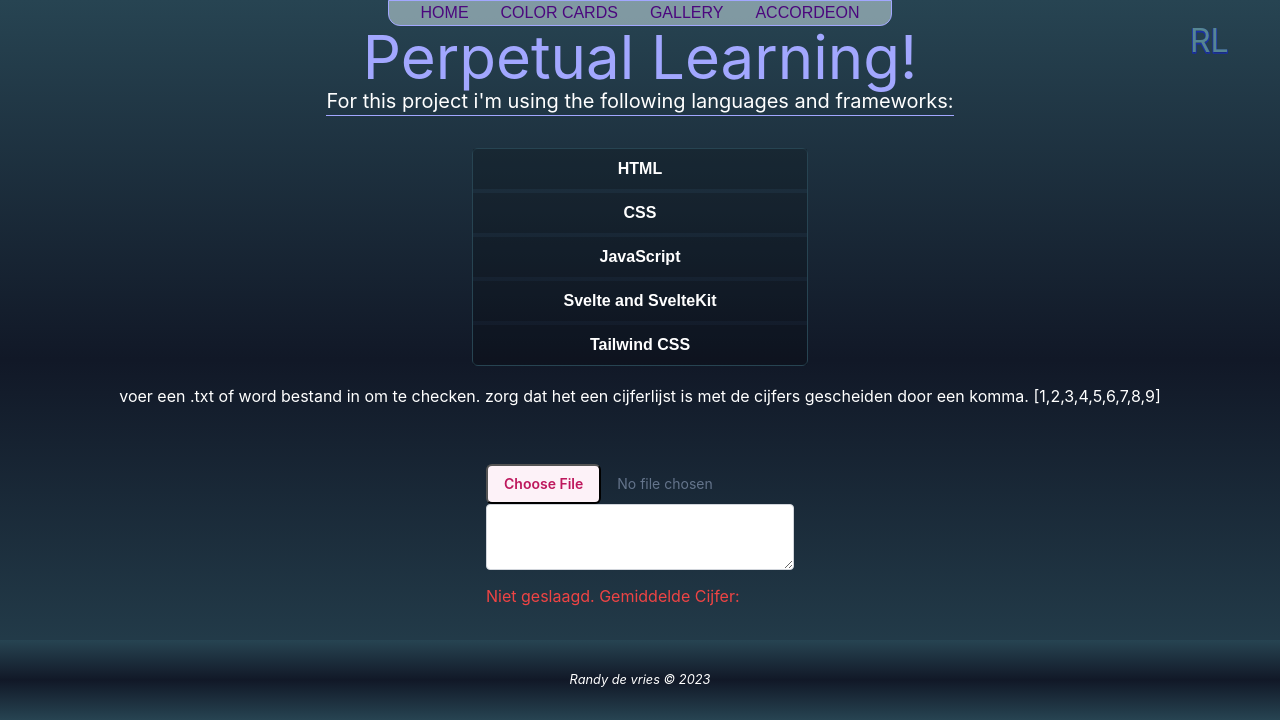
Repository: Freezler/svelte-app
Page: /links
The author's editor kept a copy of each file at every save. The page is drawn from the files as they stood at one save, then again after the next save.
The browser window is 1280 px wide. The pictures show the whole page.
The project was rebuilt for these pictures with package versions that can differ from the ones it lists, and the page was loaded fresh each time. The framework's server and built-in components were replaced by stand-ins that run in the browser. Also part of the build but not shown: svelte.config.js, vite.config.js.

Above is the page before, as saved 2023-11-12 11:41:25.

### src/app.html
<!DOCTYPE html>
<html lang="en">
	<head>
		<meta charset="utf-8" />
		<link rel="icon" href="%sveltekit.assets%/favicon.png" />
		<meta name="viewport" content="width=device-width" />
		%sveltekit.head%
		<title>SvelteKitProject</title>
	</head>
	<body data-sveltekit-preload-data="hover">
		<div style="display: contents">%sveltekit.body%</div>
	</body>
</html>

### src/routes/+layout.svelte
<script>
  import '../app.css';
  import Navbar from '../components/Navbar.svelte';
  import Footer from '../components/Footer.svelte';
</script>

<html lang="en" class="select-none scroll-smooth">
  <head>
    <!-- Add any necessary head content here -->
  </head>
  <body class=" flex flex-col h-full overflow-scroll">
    <Navbar />
    <main>
      <slot />
    </main>
    <Footer />
  </body>
</html>

### src/routes/links/+page.svelte
<script>
	import { onDestroy, onMount } from 'svelte';
	onMount(() => console.log('Mounted Links page'));
	onDestroy(() => console.log('Unmounted Links page'));
	import CijferlijstInput from '../../components/CijferlijstInput.svelte';
	import Accordion from '../../components/Accordion.svelte';

</script>

<main
	class=" z-100 flex h-screen scroll-smooth justify-center items-center w-screen flex-col bg-gradient-to-b from-astral-900 via-gray-900 to-astral-900 overflow-scroll pb-24"
>
<div class="flex flex-col w-[100%] items-center justify-center font-sans h-screen ">
	<h1 class="animate-slow-slide-down text-3xl sm:text-5xl md:text-6xl xl:8xl text-purpleone-300  ">Perpetual Learning!</h1>
	<p class="animate-slow-slide-up text-xs sm:text-[16px] md:text-xl xl:2xl text-white border-b-[1px]  border-purpleone-300 text-purpleone600">For this project i'm using the following languages and frameworks:</p>
	<Accordion />
</div>
<div class="flex flex-col w-[100%] items-center justify-center"></div>
		<CijferlijstInput />
</main>

### src/app.css
@import 'tailwindcss/base';
@import 'tailwindcss/components';
@import 'tailwindcss/utilities';

/* Your custom CSS goes here */
body {
	scroll-behavior: smooth;
}

body * {
	-moz-scrollbar-width: none;
	scrollbar-width: none;
	-ms-overflow-style: none;
}

### src/components/Navbar.svelte
<script>
	let showNav = false;

	const toggleNav = () => {
		showNav = !showNav;
		const body = document.body;

		if (showNav) {
			body.classList.add('overflow-hidden');
		} else {
			body.classList.remove('overflow-hidden');
		}
	};
</script>

<nav
	class=" fixed bottom-0 z-40 flex h-20 w-[100%] select-none items-center justify-between text-center antialiased focus:select-none md:right-0 md:top-0 md:justify-center"
>
	<a href="/" class="ml-3 flex h-16 select-none items-center focus:select-none "
		><svg
			class="flex h-20 animate-pulse md:right-0 md:absolute"
			version="1.1"
			xmlns="http://www.w3.org/2000/svg"
			width="100"
			height="100"
			viewBox="0 0 100 100"
		>
			<!-- Outline -->
			<text
				class="select-none focus:select-none shadow-xl animate-slow-slide-down "
				x="0"
				y="66"
				font-size="40"
				fill="red3"
				stroke="#12ff"
				stroke-width="2"
				stroke-linejoin="round">RL</text
			>
			<!-- Text -->
			<text class="animate-slow-slide-in" x="0" y="65" font-size="40" fill="#87ccd9">RL</text>
		</svg></a
	>

	<!-- Hamburger voorS  mobile/kleine schermen -->
	<button
		class=" mr-8 select-none text-white focus:select-none active:select-none md:hidden"
		on:click={toggleNav}
	>
		<div class="relative flex h-6 w-6 items-center">
			<span
				class={' absolute block h-[2px] w-5 origin-center bg-blueone-50 transition-transform'}
				class:rotate-45={showNav}
				class:top-2={!showNav}
			></span>
			<span
				class={'z-2000 absolute block h-[2px] w-5 origin-center bg-white blur-none transition-transform'}
				class:-rotate-45={showNav}
				class:bottom-2={!showNav}
			></span>
			<span
				class={'z-2000 absolute block h-[2px] w-5 origin-center bg-white blur-none transition-transform'}
				class:-rotate-45={showNav}
				class:bottom-2={!showNav}
			></span>
		</div>
	</button>

	<div
		class={`absolute top-0 z-50	hidden  -[80px] select-none rounded-b-xl text-purplethree-950  font-display uppercase  items-center justify-center gap-8 px-8 border-[1px] border-purpleone-300   bg-astral-100 bg-opacity-50  bg-cover bg-center    md:flex ${
			showNav ? 'hidden' : 'block'
		}`}
	>
	    <a href="/" class="hover:text-cyan-200 hover:bg-slate-500 ">Home</a>
		<a href="/blogs" class="hover:text-cyan-200 hover:bg-slate-500  ">Color Cards</a>
		<a href="/about" class="hover:text-cyan-200 hover:bg-slate-500">Gallery</a>
		<a href="/links" class="hover:text-cyan-200 hover:bg-slate-500">Accordeon</a>
	</div>
</nav>

<!-- Conditional Mobile Menu Overlay -->
{#if showNav}
	<div
		class=" fixed inset-0 z-50 flex animate-slow-fade-in select-none items-center justify-center bg-gray-800 bg-opacity-40 backdrop-blur-[2px]"
		on:click={toggleNav}
		on:keypress={toggleNav}
		role="button"
		tabindex="0"
	>
		<div
			class="absulute flex select-none flex-col items-center text-2xl text-gray-200 opacity-100 transition-opacity duration-100 ease-in-out"
		>
			<a href="/" tabindex="0" class="text-cyan-200"
				><svg xmlns="http://www.w3.org/2000/svg" width="80" height="80" viewBox="0 0 80 80">
					<!-- Outline -->
					<text
						x="16"
						y="50"
						font-family="Inter"
						font-size="40"
						fill="cyan"
						stroke="#dfe2ff"
						stroke-width="6"
						stroke-linejoin="round">RL</text
					>
					<!-- Text -->
					<text x="16" y="50" font-family="Inter" font-size="40" fill="indigo">RL</text>
				</svg>
				<hr class="mb-6 w-full border-bluetwo-400" /></a
			>
			<a href="/projects" tabindex="0" class="text-[#b910377e]">under construction..</a>
			<a href="/blogs" tabindex="0" class="text-[#dfe2ff]">Color Cards</a>
			<a href="/about" tabindex="0" class="text-[#dfe2ff]">Gallery</a>
			<a href="/links" tabindex="0" class="text-[#dfe2ff]">Accordeon</a>
		</div>
	</div>
{/if}

### src/components/Footer.svelte
<script>
</script>

<div class="bg-opacity-70 bg-gradient-to-b from-astral-900 via-gray-900 to-astral-900 bg-cover bg-center bg-no-repeat bg-blone-300  fixed w-screen bottom-0 h-20 flex items-center p-0 m-0">
  <div class="flex w-full items-center justify-around">
	<!-- GitHub icon -->
	<small class="text-white italic">Randy de vries &copy; {new Date().getFullYear()}</small>
  </div>
</div>

### src/components/CijferlijstInput.svelte
<!-- FileInput.svelte -->
<script>
  import { onMount } from 'svelte';

  export let fileContent = '';
  export let isSuccess = false;
  let gemiddeldeCijfer = '';

  function handleFileInput(event) {
	const file = event.target.files[0];

	if (file) {
	  const reader = new FileReader();

	  reader.onload = function (e) {
		const content = e.target.result;
		if (content.trim() !== '') {
		  fileContent = content;
		  isSuccess = true;
		  gemiddeldeCijfer = calculateGemiddeldeCijfer(fileContent);
		}
	  };

	  reader.readAsText(file);
	}
  }

  function calculateGemiddeldeCijfer(content) {
	const cijfers = content.split('\n').filter(line => line.trim() !== '').map(Number);
	const totaal = cijfers.reduce((acc, curr) => acc + curr, 0);
	return totaal / cijfers.length;
  }
</script>
<div class="text-center text-white -translate-y-10"><h3>voer een .txt of word bestand in om te checken.
	zorg dat het een cijferlijst is met de cijfers gescheiden door een komma. [1,2,3,4,5,6,7,8,9]
</h3></div>
<div class="p-4 min-w-[340px]">
  <input
	type="file"
	accept=".txt, .doc, .docx"
	on:change={handleFileInput}
	class="block w-full text-sm text-slate-500 file:mr-4 file:py-2 file:px-4 file:rounded-md file:border-1 file:text-sm file:font-semibold file:bg-pink-50 file:text-pink-700 hover:file:bg-pink-100"
  />
  <textarea bind:value={fileContent} class="w-full h-[content] border border-gray-300 rounded p-2"></textarea>

  {#if isSuccess}
	<p class="text-green-500 mt-2 mx-auto">Van harte gefeliciteerd, je bent geslaagd! Gemiddelde Cijfer: {gemiddeldeCijfer}</p>
  {:else}
	<p class="text-red-500 mt-2 mx-auto">Niet geslaagd. Gemiddelde Cijfer: {gemiddeldeCijfer}</p>
  {/if}
</div>

### src/components/Accordion.svelte
<script>
	let panels = [
		{
			title: 'HTML',
			content:
				'HTML is the standard markup language for documents designed to be displayed in a web browser.'
		},
		{ title: 'CSS', content: 'CSS is used to define styles for your web pages' },
		{
			title: 'JavaScript',
			content: 'JavaScript is used to add interactivity to your web pages'
		},
		{
			title: 'Svelte and SvelteKit',
			content: 'Svelte and SvelteKit are both JavaScript frameworks'
		},
		{ title: 'Tailwind CSS', content: 'Tailwind CSS is a utility-first CSS framework' }
	];

	let expandedPanel = null;

	function togglePanel(panel) {
		if (expandedPanel === panel) {
			expandedPanel = null;
		} else {
			expandedPanel = panel;
		}
	}
</script>

<div class="bg-transparent animate-slow-slide-up z-60 wrapper max-w-[400px] mx-auto mt-[0] w-[80%] text-center rounded-sm p-8">
	<div class="flex flex-col space-y-1  rounded-md border-[1px] border-astral-900">
		{#each panels as panel}
			<!-- svelte-ignore a11y-no-static-element-interactions -->
			<div
				class="relative isolate animate-fast-fade-in overflow-hidden"
				on:click={() => togglePanel(panel)}
				on:keydown={() => togglePanel(panel)}
				aria-roledescription="accordion"
			>
				<div class="" aria-expanded={panel === expandedPanel}>
					<!-- svelte-ignore empty-block -->
					{#if panel === expandedPanel}{/if}
					<div
						class="relative isolate grid place-items-center bg-[rgba(0,0,0,0.2)] p-2 font-display font-bold text-white"
					>
						{panel.title}
					</div>
				</div>
				{#if expandedPanel === panel}
					<div
						class="max-w-[100%] z-20 animate-slow-fade-in bg-astral-900 bg-opacity-70 px-6 py-0"
					>
						<svg
							xmlns="http://www.w3.org/2000/svg"
							class="icon icon-tabler icon-tabler-chevron-up mx-auto animate-pulse"
							width="24"
							height="24"
							viewBox="0 0 24 24"
							stroke-width="1.5"
							stroke="white"
							fill="rgba(39, 68, 82, 100%)"
							stroke-linecap="round"
							stroke-linejoin="round"
						>
							<path stroke="none" d="M0 0h24v24H0z" fill="transparent" />
							<polyline points="6 15 12 9 18 15" />
						</svg>
						<p class="text-white pb-3">
							{panel.content}
						</p>
					</div>
				{/if}
			</div>
		{/each}
	</div>
</div>

### tailwind.config.js
/** @type {import('tailwindcss').Config} */
const plugin = require('tailwindcss/plugin');
export default {
	content: ['./src/**/*.{html,js,svelte,ts}'],
	theme: {
		extend: {

			animation: {
				btnPulse: ' btnPulse 1s infinite',
				'spin-slow': 'spin 3s linear infinite',
				'spin-fast': 'spin 1s linear infinite',
				'slow-fade-in': 'fade-in 0.7s ease-in-out',
				'fast-fade-in': 'fade-in 0.5s ease-in-out',
				'slow-fade-out': 'fade-out 0.5s ease-in-out',
				'fast-fade-out': 'fade-out 0.7s ease-in-out',
				'slow-slide-in': 'slide-in 0.6s ease-in-out',
				'fast-slide-in': 'slide-in 3s ease-in-out',
				'slow-slide-up': 'slide-up 0.6s cubic-bezier(0.215, 0.61, 0.355, 1)',
				'slow-slide-out': 'slide-out 0.6s ease-in-out',
				'fast-slide-out': 'slide-out 0.3s ease-in-out',
				'ani-translate-y': 'translate-y 5s ease-in-out',
				'fast-slide-up': 'slide-up 0.5s cubic-bezier(0.215, 0.61, 0.355, 1)',
				'slow-slide-down': 'slide-down 0.6s cubic-bezier(0.215, 0.61, 0.355, 1)',
				'burger-smooth': 'burger-smooth 2s ease-in-out',
			    'wave': 'wave .9s ease-in-out',
			},
			keyframes: {
				'fade-in': {
					'0%': { opacity: '0' },
					'100%': { opacity: '1' }
				},
				'fade-out': {
					'0%': { opacity: '1' },
					'100%': { opacity: '0' }
				},
				'slide-in': {
					'0%': { transform: 'translateX(-240px)' },
					'100%': { transform: 'translateX(0)' }
				},
				'slide-out': {
					'0%': { transform: 'translateX(0)' },
					'100%': { transform: 'translateX(-100%)' }
				},
				'translate-y': {
					'0%': { transform: 'translateY(0)' },
					'100%': { transform: 'translateY(-100%)' }
				},
				wave: {
					'0%': { transform: 'rotate(0deg)' },
					'25%': { transform: 'rotate(45deg)' },
					'50%': { transform: 'rotate(35deg)' },
					'100%': { transform: 'rotate-45deg)' }
				},
				'slide-up': {
					'0%': { transform: 'translateY(240px)' },
					'100%': { transform: 'translateY(0)' }
				},
				'slide-down': {
					'0%': { transform: 'translateY(-400px)' },
					'100%': { transform: 'translateY(0px)' }
				},
				'btnPulse': {
					'0%': { transform: 'scale(1))' },
					'50%': { transform: 'scale(0.9)' },
					'100%': { transform: 'scale(1)' }
				}
			},

			fontFamily: {
				sans: ['Inter', 'Arial', 'Helvetica', 'sans-serif'],
				serif: ['Georgia', 'serif'],
				mono: ['Menlo', 'Monaco', 'Courier New', 'monospace'],
				display: ['Oswald', 'sans-serif'],
				handwriting: ['Pacifico', 'cursive']
			},
			colors: {
				blueone: {
					50: '#e6f5ff',
					100: '#d2ecff',
					200: '#aedaff',
					300: '#7dbfff',
					400: '#4b94ff',
					500: '#2268ff',
					600: '#003bff',
					700: '#003fff',
					800: '#0035d7',
					900: '#0830a7',
					950: '#072383'
				},
				bluetwo: {
					50: '#f3f6fb',
					100: '#e4e9f5',
					200: '#d0daed',
					300: '#afc2e1',
					400: '#89a2d1',
					500: '#6c85c5',
					600: '#596db7',
					700: '#4e5da7',
					800: '#454e8a',
					900: '#3b436d',
					950: '#272b44'
				},
				bluethree: {
					50: '#f2f6fc',
					100: '#e3ebf6',
					200: '#cdddf0',
					300: '#aac6e6',
					400: '#81a8d9',
					500: '#638cce',
					600: '#4f73c1',
					700: '#4561b0',
					800: '#3d5190',
					900: '#2c395f',
					950: '#242c47'
				},
				astral: {
					50: '#f0fafb',
					100: '#d9f0f4',
					200: '#b8e2e9',
					300: '#87ccd9',
					400: '#4fadc1',
					500: '#328ea3',
					600: '#2d768d',
					700: '#2b6173',
					800: '#2a5160',
					900: '#274452',
					950: '#152c37'
				},
				greenone: {
					50: '#f5ffe5',
					100: '#e6ffc7',
					200: '#cdff96',
					300: '#9ffc41',
					400: '#8bf328',
					500: '#6cd909',
					600: '#50ae02',
					700: '#3e8407',
					800: '#34680c',
					900: '#2c580f',
					950: '#143102'
				},
				greentwo: {
					50: '#f1fcf5',
					100: '#dff9e9',
					200: '#c0f2d4',
					300: '#8fe6b2',
					400: '#56d289',
					500: '#30b768',
					600: '#26aa5d',
					700: '#1e7743',
					800: '#1d5e39',
					900: '#194e31',
					950: '#082b19'
				},
				greenthree: {
					50: '#f2f7f4',
					100: '#dfece3',
					200: '#c1d9ca',
					300: '#98bda8',
					400: '#6b9c82',
					500: '#518a6e',
					600: '#37644f',
					700: '#2c5040',
					800: '#254035',
					900: '#1f352b',
					950: '#101e18'
				},
				roseone: {
					50: '#fef1fa',
					100: '#fde6f7',
					200: '#feccf1',
					300: '#fea3e4',
					400: '#fc6ad0',
					500: '#f74bbf',
					600: '#e61c9a',
					700: '#c90d7d',
					800: '#a60e66',
					900: '#8a1158',
					950: '#550232'
				},
				purpleone: {
					50: '#edf0ff',
					100: '#dfe2ff',
					200: '#c5caff',
					300: '#a2a7ff',
					400: '#7f7cfd',
					500: '#6d5ef6',
					600: '#5e40eb',
					700: '#5d41d3',
					800: '#412ca7',
					900: '#382b84',
					950: '#22194d'
				},
				purpletwo: {
					50: '#fcf3ff',
					100: '#fae7ff',
					200: '#f3ceff',
					300: '#eea7ff',
					400: '#e473ff',
					500: '#d12ef6',
					600: '#bc1edb',
					700: '#9f15b6',
					800: '#841494',
					900: '#6f1679',
					950: '#490151'
				},
				purplethree: {
					50: '#faf5ff',
					100: '#f3e8ff',
					200: '#ead4ff',
					300: '#d9b3ff',
					400: '#c282fe',
					500: '#aa53f9',
					600: '#9530ed',
					700: '#801fd1',
					800: '#6d1faa',
					900: '#591a89',
					950: '#4b077e'
				},
				rosetwo: {
					50: '#fef1f8',
					100: '#fee5f3',
					200: '#ffcae8',
					300: '#ff9fd4',
					400: '#ff64b5',
					500: '#fe1f8a',
					600: '#ef1372',
					700: '#d00657',
					800: '#ac0848',
					900: '#8f0c3f',
					950: '#580021'
				},
				redone: {
					50: '#fff0f0',
					100: '#ffdede',
					200: '#ffc2c2',
					300: '#ff9898',
					400: '#ff5d5d',
					500: '#ff2b2b',
					600: '#f70808',
					700: '#d00505',
					800: '#ac0808',
					900: '#8e0e0e',
					950: '#4e0101'
				},
				redtwo: {
					50: '#fcf4f4',
					100: '#fae6e6',
					200: '#f7d1d1',
					300: '#f0b1b1',
					400: '#e58484',
					500: '#d75c5c',
					600: '#be3c3c',
					700: '#a33232',
					800: '#872d2d',
					900: '#712b2b',
					950: '#3d1212'
				},
				greyone: {
					50: '#f6f6f6',
					100: '#e7e7e7',
					200: '#d1d1d1',
					300: '#b0b0b0',
					400: '#888888',
					500: '#6d6d6d',
					600: '#5d5d5d',
					700: '#4f4f4f',
					800: '#454545',
					900: '#3d3d3d',
					950: '#050505'
				},
				greytwo: {
					50: '#f4f5fa',
					100: '#e7e9f2',
					200: '#d4d7e9',
					300: '#b6bcda',
					400: '#939bc7',
					500: '#797fb8',
					600: '#6769a9',
					700: '#5c5b9a',
					800: '#504e7f',
					900: '#444266',
					950: '#232232'
				}
			}
		},
		screens: {
			// default is oudere schermen erg klein!  -->
			xxxs: '360px', // modernere kleine schermen
			xxs: '480px', // Extra extra small screen size
			xs: '640px', // Extra small screen size
			sm: '768px', // Small screen size
			md: '1024px', // Medium screen size
			lg: '1280px', // Large screen size
			xl: '1440px', // Extra large screen size
			xxl: '1920px', // Extra extra large screen size
			xxxl: '3840px' // 4K screen size (3840px)
			// Je kunt meer schermformaten toevoegen indien nodig
		},

		fonts: {
			sans: ['Inter', 'Arial', 'Helvetica', 'sans-serif'],
			serif: ['Georgia', 'serif'],
			mono: ['Bebas Neue','Monaco', 'Courier New', 'monospace'],
			display: ['San-francisco', 'sans-serif'],
			handwriting: ['Pacifico', 'cursive']
		},
		textShadow: {
			sm: '0 1px 2px var(--tw-shadow-color)',
			DEFAULT: '0 2px 4px var(--tw-shadow-color)',
			lg: '0 8px 16px var(--tw-shadow-color)'
		}
	},
	plugins: [
		plugin(function ({ matchUtilities, theme }) {
			matchUtilities(
				{
					'text-shadow': (value) => ({
						textShadow: value
					})
				},
				{ values: theme('textShadow') }
			);
		})
	]
};

After the next save:
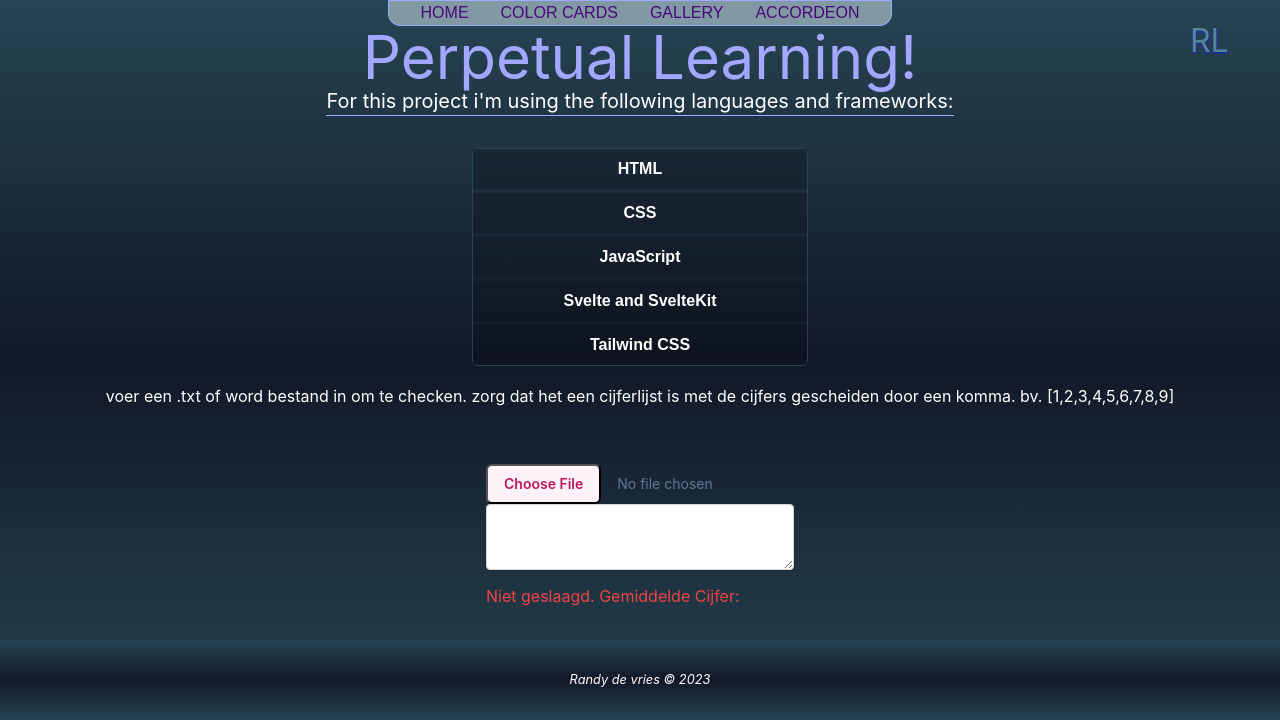
Saved 4 s later.
--- a/src/components/CijferlijstInput.svelte
+++ b/src/components/CijferlijstInput.svelte
@@ -32,7 +32,7 @@
   }
 </script>
 <div class="text-center text-white -translate-y-10"><h3>voer een .txt of word bestand in om te checken.
-	zorg dat het een cijferlijst is met de cijfers gescheiden door een komma. [1,2,3,4,5,6,7,8,9]
+	zorg dat het een cijferlijst is met de cijfers gescheiden door een komma. bv. [1,2,3,4,5,6,7,8,9]
 </h3></div>
 <div class="p-4 min-w-[340px]">
   <input
